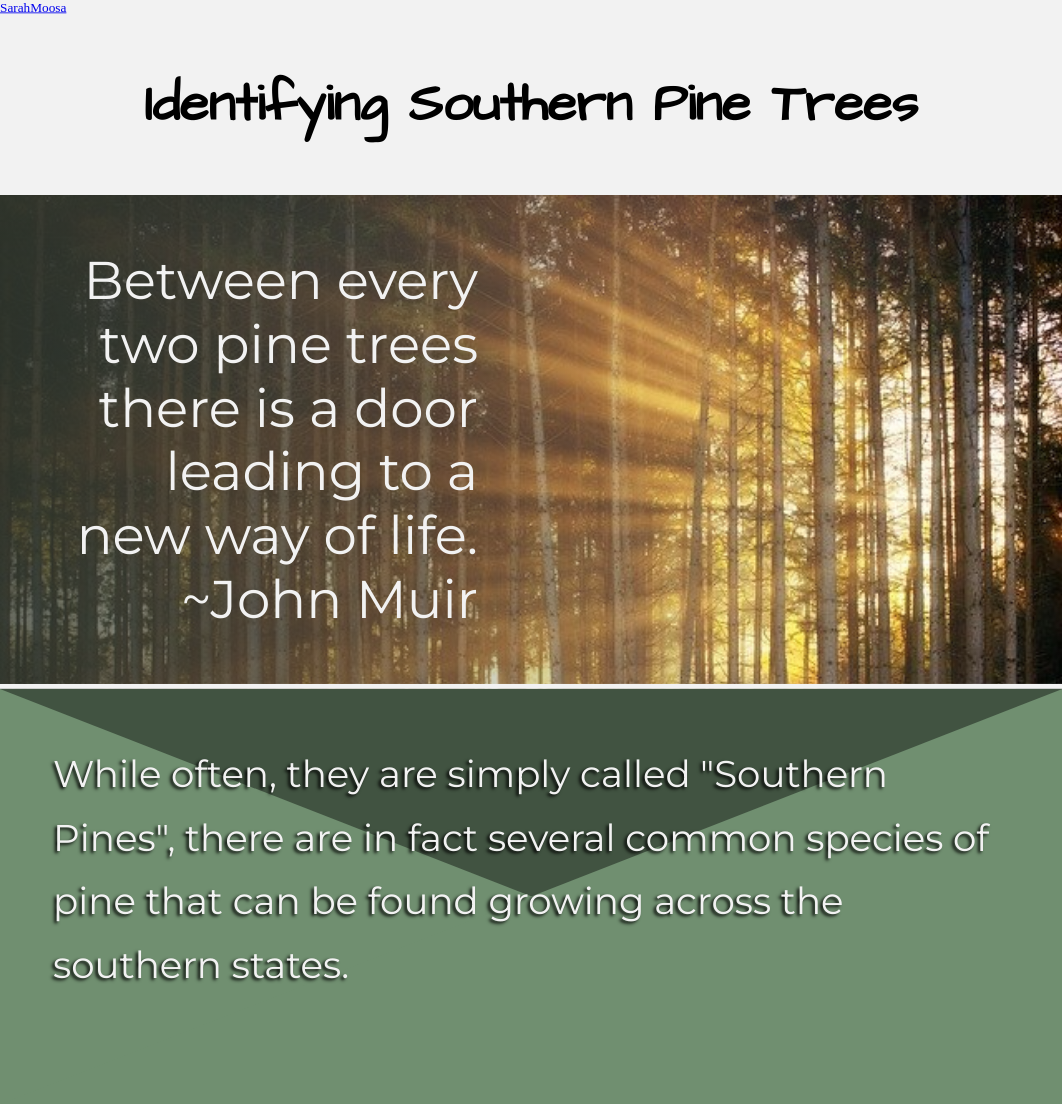
Repository: Sbethm/louisianaPineTrees
Page: pine_main.html
The author's editor kept a copy of each file at every save. The page is drawn from the files as they stood at one save, then again after a run of saves.
The browser window is 1280 px wide. The pictures show the whole page, at 83% of full size.
The style sheet was rebuilt from its Sass, Less or Tailwind sources for each picture, by a compiler version that may differ from the author's.

Above is the page before, as saved 2021-09-23 14:20:40.

After the next 3 saves:
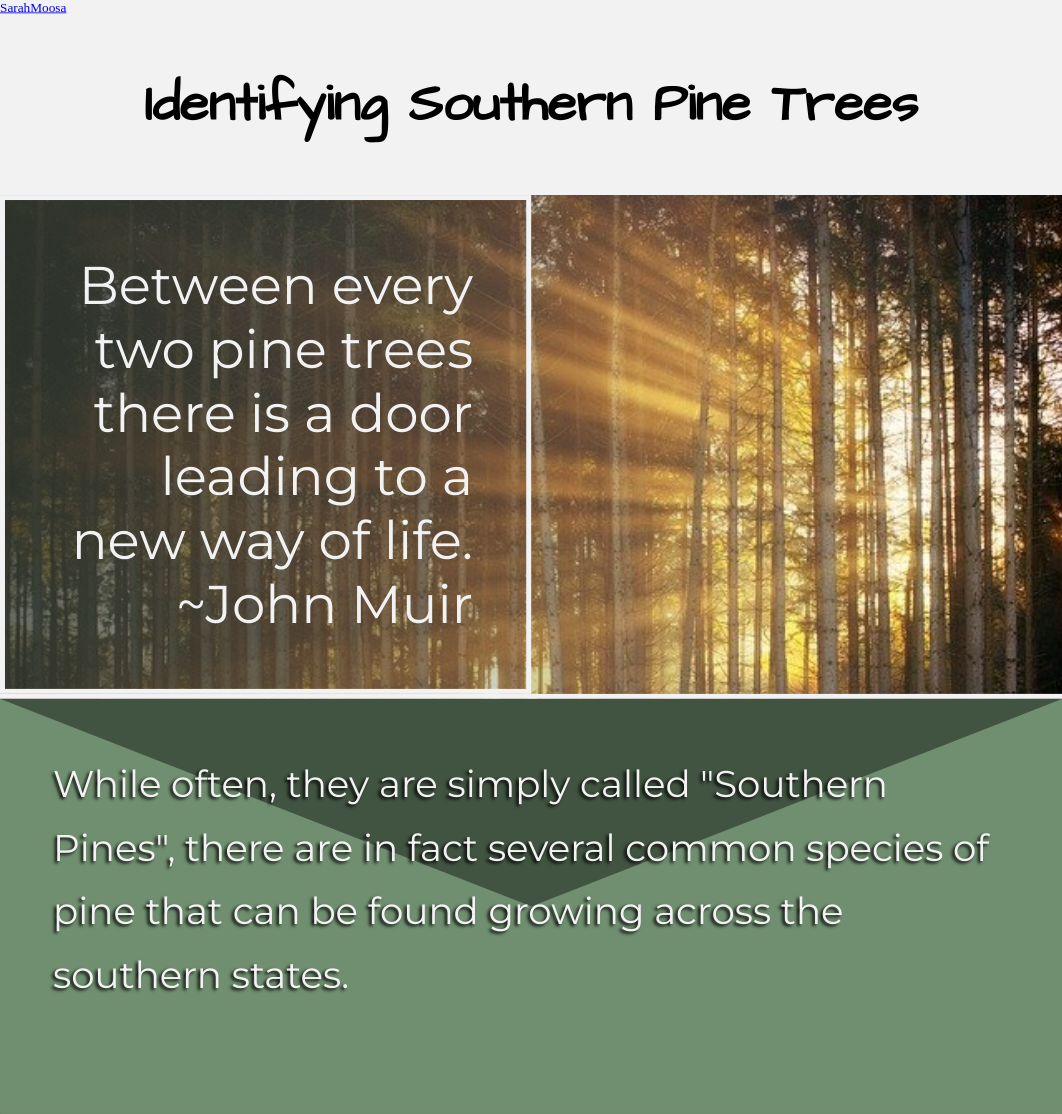
The 3 saves are shown as one change because they came seconds apart.
The last was saved 8 s later.
--- a/src/scss/main.scss
+++ b/src/scss/main.scss
@@ -52,7 +52,7 @@
     text-align: right;
     font-size: clamp(1.8rem, 5vw, 4rem);
     line-height: clamp(2.5rem, 6vw, 5rem);
-    border: 6px
+    border: 6px solid $mainColorLi;
 }
 
 .call-to-action {

After the save that followed:
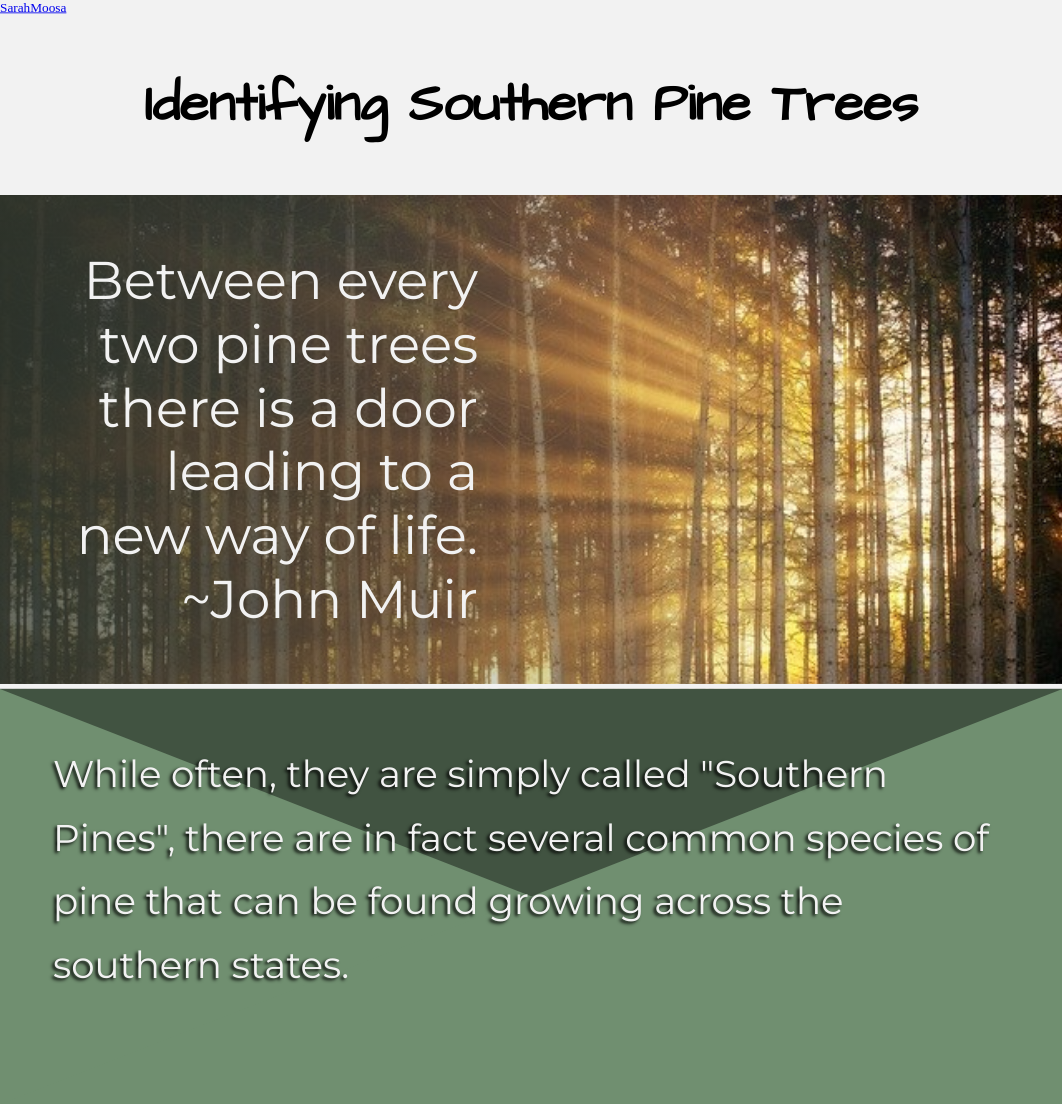
Saved 14 s later.
--- a/src/scss/main.scss
+++ b/src/scss/main.scss
@@ -52,7 +52,6 @@
     text-align: right;
     font-size: clamp(1.8rem, 5vw, 4rem);
     line-height: clamp(2.5rem, 6vw, 5rem);
-    border: 6px solid $mainColorLi;
 }
 
 .call-to-action {
